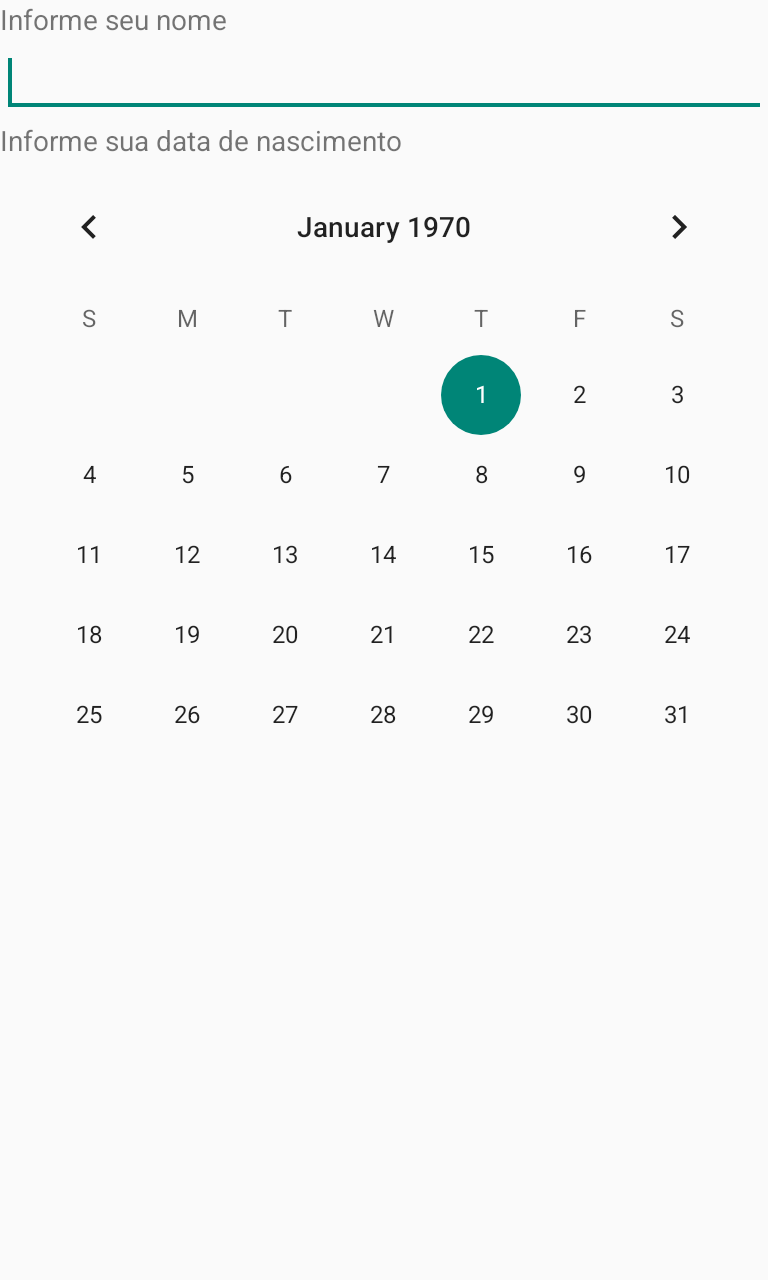
Repository: willianjean/androidProject
Layout: Exercicio3/res/layout/activity_main.xml
The author's editor kept a copy of each file at every save. The layout is drawn from the files as they stood at one save, then again after the next save.
It is drawn on a 768 x 1280 px phone screen (xhdpi) without system bars, with theme AppTheme; the app's code is not run.

Above is the layout before, as saved 2014-07-23 22:05:56.

After the next save:
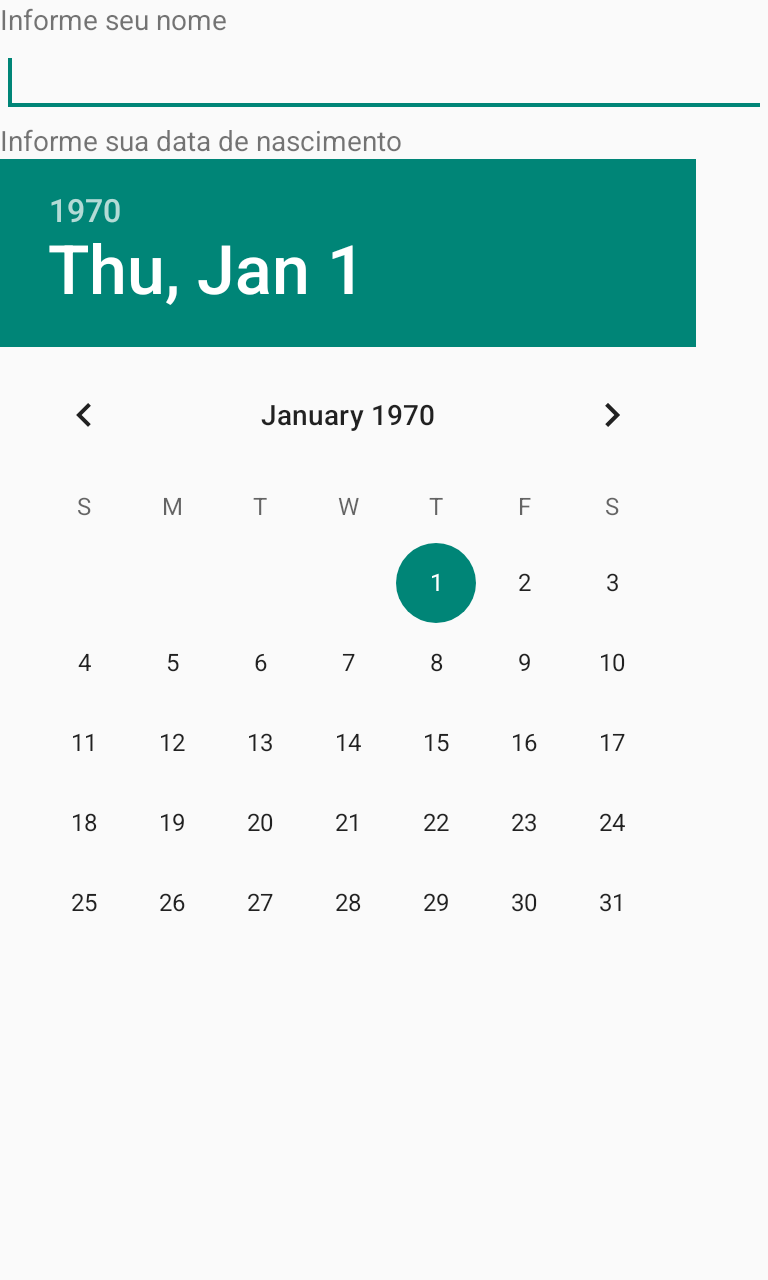
Saved 52 s later.
--- a/Exercicio3/res/layout/activity_main.xml
+++ b/Exercicio3/res/layout/activity_main.xml
@@ -28,9 +28,9 @@
         android:layout_height="wrap_content"
         android:text="Informe sua data de nascimento" />
 
-    <CalendarView
-        android:id="@+id/dataAniversario"
-        android:layout_width="match_parent"
-        android:layout_height="match_parent" />
+    <DatePicker
+        android:id="@+id/datePicker1"
+        android:layout_width="wrap_content"
+        android:layout_height="wrap_content" />
 
 </LinearLayout>
